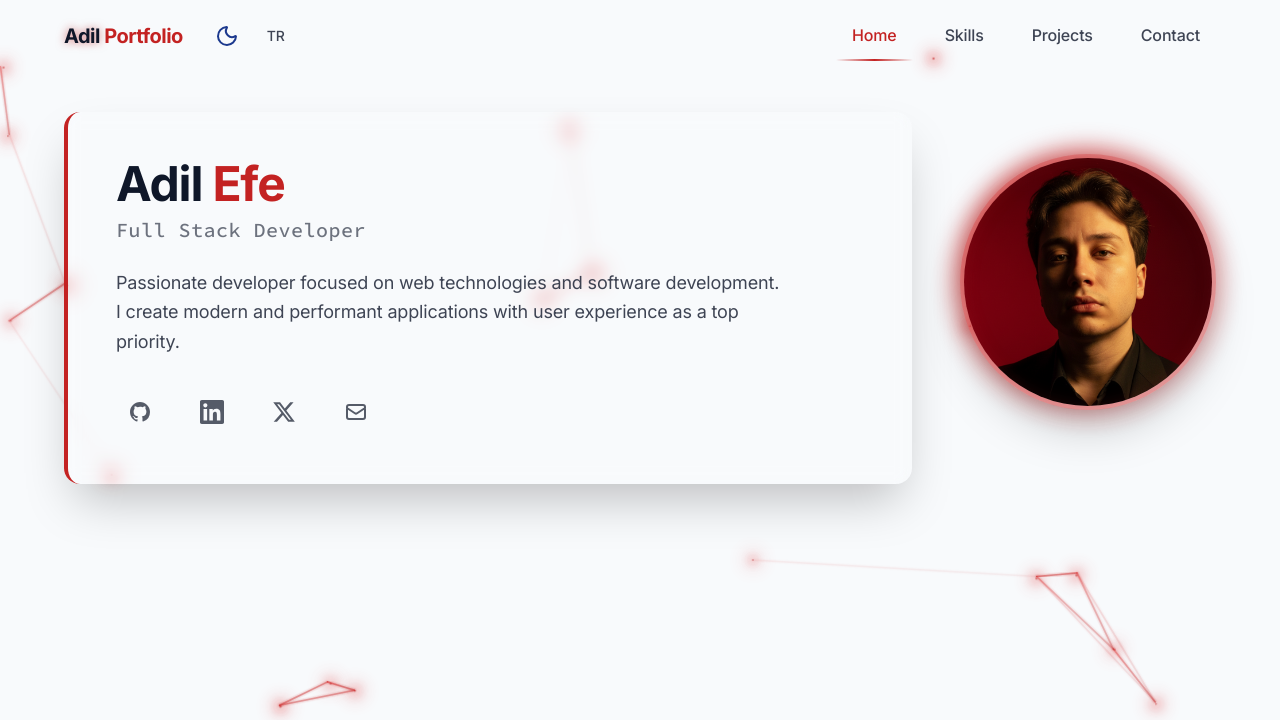
Repository: jusiann/personal-portfolio
Page: / (app in my-portfolio/)
An editor plug-in stored every save of this project. The page is shown before and after the next save, followed by the edit.
The browser window is 1280 px wide. The pictures show the whole page.
The project was rebuilt for these pictures with package versions that can differ from the ones it lists, and the page was loaded fresh each time. Also part of the build but not shown: my-portfolio/vite.config.js, my-portfolio/src/pages/Skills.jsx, my-portfolio/src/pages/Projects.jsx, my-portfolio/src/pages/Contact.jsx, my-portfolio/src/pages/NotFound.jsx.

Above is the page before, as saved 2025-11-20 07:55:46.

### my-portfolio/index.html
<!doctype html>
<html lang="en">
  <head>
    <meta charset="UTF-8" />
    <link rel="icon" type="image/svg+xml" href="/vite.svg" />
    <meta name="viewport" content="width=device-width, initial-scale=1.0" />
    <link rel="preconnect" href="https://fonts.googleapis.com">
    <link rel="preconnect" href="https://fonts.gstatic.com" crossorigin>
    <link href="https://fonts.googleapis.com/css2?family=Inter:wght@300;400;500;600;700;800&family=Source+Code+Pro:wght@400;500;600&display=swap" rel="stylesheet">
    <title>my-portfolio</title>
  </head>
  <body>
    <div id="root"></div>
    <script type="module" src="/src/main.jsx"></script>
  </body>
</html>

### my-portfolio/src/App.jsx
import { BrowserRouter, Routes, Route, Navigate, useLocation } from "react-router-dom"
import { AnimatePresence } from "framer-motion"
import { Home } from "./pages/Home";
import { Skills } from "./pages/Skills";
import { Projects } from "./pages/Projects";
import { Contact } from "./pages/Contact";
import { NotFound } from "./pages/NotFound";

function AnimatedRoutes() {
  const location = useLocation();

  return (
    <AnimatePresence mode="wait">
      <Routes location={location} key={location.pathname}>

        {/* TURKISH ROUTES */}
        <Route path="/" element={<Navigate to="/en" replace />} />
        <Route path="/tr" element={<Home />}/>
        <Route path="/tr/skills" element={<Skills />}/>
        <Route path="/tr/projects" element={<Projects />}/>
        <Route path="/tr/contact" element={<Contact />}/>

        {/* ENGLISH ROUTES */}
        <Route path="/en" element={<Home />}/>
        <Route path="/en/skills" element={<Skills />}/>
        <Route path="/en/projects" element={<Projects />}/>
        <Route path="/en/contact" element={<Contact />}/>
        <Route path="*" element={<NotFound />} />
      </Routes>
    </AnimatePresence>
  );
}

function App() {
  return (
    <BrowserRouter>
      <AnimatedRoutes />
    </BrowserRouter>
  )
}

export default App

### my-portfolio/src/pages/Home.jsx
import {CrimsonWebBackground} from "../components/CrimsonWebBackground";
import {Navbar} from "../components/Navbar";
import {PageTransition} from "../components/PageTransition";
import {HomeCard} from "../components/HomeCard";

export const Home = () => {
    return (
        <PageTransition>
        <div className="
                        min-h-screen
                        bg-background
                        text-foreground
                        overflow-x-hidden">

            {/* BACKGROUND EFFECTS */}
            <CrimsonWebBackground />

            {/* NAVBAR */}
            <Navbar />

            {/* MAIN CONTENT */}
            <HomeCard />
        </div>
        </PageTransition>
    );
};

### my-portfolio/src/components/PageTransition.jsx
import {motion} from 'framer-motion';

export const PageTransition = ({ children }) => {
    return (
        <>
            {children}

            {/* LEFT TRIANGLE */}
            <motion.div
                className="fixed inset-0 bg-background z-100 pointer-events-none"
                style={{
                    clipPath: 'polygon(0% 0%, 100% 0%, 0% 100%)',
                }}
                initial={{ x: '0%' }}
                animate={{ x: '-100%' }}
                transition={{
                    duration: 0.6,
                    ease: [0.65, 0, 0.35, 1],
                    delay: 0.4
                }}
            />

            {/* RIGHT TRIANGLE */}
            <motion.div
                className="fixed inset-0 bg-background z-100 pointer-events-none"
                style={{
                    clipPath: 'polygon(100% 0%, 100% 100%, 0% 100%)',
                }}
                initial={{ x: '0%' }}
                animate={{ x: '100%' }}
                transition={{
                    duration: 0.6,
                    ease: [0.65, 0, 0.35, 1],
                    delay: 0.4
                }}
            />

            {/* RED DIAGONAL LINE */}
            <motion.div
                className="fixed inset-0 pointer-events-none z-101"
                style={{
                    background: 'linear-gradient(to bottom right, transparent calc(50% - 2px), rgb(220, 38, 38) calc(50% - 2px), rgb(220, 38, 38) calc(50% + 2px), transparent calc(50% + 2px))',
                    filter: 'drop-shadow(0 0 8px rgb(220, 38, 38))',
                }}
                initial={{ opacity: 1 }}
                animate={{ opacity: 0 }}
                transition={{
                    duration: 0.3,
                    ease: "easeOut",
                    delay: 0.3
                }}
            />
        </>
    );
};

### my-portfolio/src/components/HomeCard.jsx
import { HomeImage } from "./HomeImage";
import { SocialLinks } from "./SocialLinks";
import { useLanguage } from "../lib/utils";

export const HomeCard = () => {
    const { t } = useLanguage();

    return (
        <div className="relative w-[90%] mx-auto py-8 mt-20 flex items-center gap-12">
            {/* Ana kart yapısı - backdrop blur ve opacity ile saydam etki */}
            <div
                className="
                    relative
                    flex-1
                    bg-card/10
                    backdrop-blur-sm
                    rounded-2xl
                    border-l-4
                    border-primary
                    shadow-2xl
                    p-8
                    md:p-12
                    transition-all
                    duration-500
                    hover:scale-[1.01]
                    animate-fade-in
                "
            >
                {/* İçerik alanı */}
                <div className="relative z-10">
                    {/* Profil Resmi Mobile */}
                    <div className="md:hidden mb-8">
                        <HomeImage
                            src="/src/assets/images/profile_photo.png"
                            alt={`${t('profile_name')} ${t('profile_surname')}`}
                        />
                    </div>

                    {/* İsim ve Soyisim */}
                    <div className="text-center md:text-left mb-6 animate-fade-in-delay-2">
                        <h1 className="
                            text-4xl
                            md:text-5xl
                            font-heading
                            font-bold
                            text-foreground
                            mb-2
                            tracking-tight
                        ">
                            {t('profile_name')}{' '}
                            <span className="text-primary">
                                {t('profile_surname')}
                            </span>
                        </h1>
                        <p className="
                            text-lg
                            md:text-xl
                            text-foreground/60
                            font-code
                        ">
                            {t('hero_subtitle')}
                        </p>
                    </div>

                    {/* Açıklama */}
                    <div className="
                        text-center
                        md:text-left
                        mb-8
                        max-w-2xl
                        animate-fade-in-delay-2
                    ">
                        <p className="
                            text-base
                            md:text-lg
                            text-foreground/80
                            leading-relaxed
                        ">
                            {t('profile_tagline')}
                        </p>
                    </div>

                    {/* Sosyal Medya Linkleri */}
                    <SocialLinks />
                </div>
            </div>

            {/* Profil Resmi - Card Dışında Sağda */}
            <div className="hidden md:block">
                <HomeImage
                    src="/src/assets/images/profile_photo.png"
                    alt={`${t('profile_name')} ${t('profile_surname')}`}
                />
            </div>

            {/* Ambient glow efekti */}
            <div
                className="
                    absolute
                    -inset-4
                    bg-primary/5
                    blur-3xl
                    -z-10
                    opacity-50
                    animate-pulse-subtle
                "
            />
        </div>
    );
};

### my-portfolio/src/components/ThemeToggle.jsx
import {useEffect, useState} from 'react';
import {Sun, Moon} from 'lucide-react';
import {cn} from '../lib/utils';
import {motion, AnimatePresence} from 'framer-motion';

export const ThemeToggle = () => {
    const [isDarkMode, setIsDarkMode] = useState(false);
    const [isTransitioning, setIsTransitioning] = useState(false);

    useEffect(() => {
        const storedTheme = localStorage.getItem("theme");
        if (storedTheme === "dark") {
            document.documentElement.classList.add("dark");
            setIsDarkMode(true);
        } else {
            document.documentElement.classList.remove("dark");
            setIsDarkMode(false);
        }
    }, []);

    const toggleTheme = () => {
        setIsTransitioning(true);

        setTimeout(() => {
            if (isDarkMode) {
                document.documentElement.classList.remove("dark");
                localStorage.setItem("theme", "light");
                setIsDarkMode(false);
            } else {
                document.documentElement.classList.add("dark");
                localStorage.setItem("theme", "dark");
                setIsDarkMode(true);
            }
        }, 350);

        setTimeout(() => {
            setIsTransitioning(false);
        }, 800);
    };

    return (
        <>
            <button
                onClick={toggleTheme}
                className={cn(
                    "p-2 rounded-full transition-all duration-300",
                    "hover:scale-110 active:scale-95",
                    "focus:outline-hidden"
                )}
            >
                {
                    isDarkMode ? (
                        <Sun className='h-6 w-6 text-yellow-300' />
                    ) : (
                        <Moon className='h-6 w-6 text-blue-900' />
                    )
                }

                {/* <div className="relative w-6 h-6">
                    <Sun
                        className={cn(
                            'absolute inset-0 h-6 w-6 text-yellow-300 transition-all duration-500',
                            isDarkMode ? 'rotate-0 scale-100 opacity-100' : 'rotate-90 scale-0 opacity-0'
                        )}
                    />
                    <Moon
                        className={cn(
                            'absolute inset-0 h-6 w-6 text-blue-900 transition-all duration-500',
                            isDarkMode ? '-rotate-90 scale-0 opacity-0' : 'rotate-0 scale-100 opacity-100'
                        )}
                    />
                </div> */}

            </button>

            {/* THEME TRANSITION */}
            <AnimatePresence>
                {isTransitioning && (
                    <>
                        {/* LEFT TRIANGLE */}
                        <motion.div
                            className="fixed inset-0 bg-background z-200 pointer-events-none"
                            style={{
                                clipPath: 'polygon(0% 0%, 100% 0%, 0% 100%)',
                            }}
                            initial={{ x: '0%' }}
                            animate={{ x: '-100%' }}
                            transition={{
                                duration: 0.6,
                                ease: [0.65, 0, 0.35, 1],
                                delay: 0.4
                            }}
                        />

                        {/* RIGHT TRIANGLE */}
                        <motion.div
                            className="fixed inset-0 bg-background z-200 pointer-events-none"
                            style={{
                                clipPath: 'polygon(100% 0%, 100% 100%, 0% 100%)',
                            }}
                            initial={{ x: '0%' }}
                            animate={{ x: '100%' }}
                            transition={{
                                duration: 0.6,
                                ease: [0.65, 0, 0.35, 1],
                                delay: 0.4
                            }}
                        />

                        {/* RED DIAGONAL LINE */}
                        <motion.div
                            className="fixed inset-0 pointer-events-none z-201"
                            style={{
                                background: 'linear-gradient(to bottom right, transparent calc(50% - 2px), rgb(220, 38, 38) calc(50% - 2px), rgb(220, 38, 38) calc(50% + 2px), transparent calc(50% + 2px))',
                                filter: 'drop-shadow(0 0 8px rgb(220, 38, 38))',
                            }}
                            initial={{ opacity: 1 }}
                            animate={{ opacity: 0 }}
                            transition={{
                                duration: 0.3,
                                ease: "easeOut",
                                delay: 0.3
                            }}
                        />
                    </>
                )}
            </AnimatePresence>
        </>
    );
};

### my-portfolio/src/components/LanguageToggle.jsx
import {useNavigate, useLocation } from 'react-router-dom';
import {cn} from '../lib/utils';

export const LanguageToggle = () => {
    const navigate = useNavigate();
    const location = useLocation();
    const currentLang = location.pathname.startsWith('/en') ? 'en' : 'tr';

    const toggleLanguage = () => {
        const newLang = currentLang === 'tr' ? 'en' : 'tr';
        navigate(`/${newLang}${location.hash}`);
    };

    return (
        <button
            onClick={toggleLanguage}
            className={cn(
                "px-3 py-2 transition-all duration-300",
                "hover:scale-110 active:scale-95",
                "focus:outline-none text-foreground/80 hover:text-foreground",
                "text-sm font-medium uppercase"
            )}
        >
            {currentLang === 'tr' ? 'EN' : 'TR'}
        </button>
    );
};

### my-portfolio/src/components/HomeImage.jsx
export const HomeImage = ({ src, alt = "Profile" }) => {
    return (
        <div className="flex justify-center mb-8 animate-fade-in-delay-1">
            {/* Dış halka - glow efekti */}
            <div
                className="
                    relative
                    group
                    animate-pulse-subtle
                "
            >
                {/* Gradient border halka */}
                <div
                    className="
                        absolute
                        -inset-1
                        bg-linear-to-br
                        from-primary
                        via-primary/60
                        to-primary/30
                        rounded-full
                        blur-md
                        group-hover:blur-lg
                        transition-all
                        duration-300
                    "
                />

                {/* Resim container */}
                <div
                    className="
                        relative
                        w-40
                        h-40
                        md:w-64
                        md:h-64
                        rounded-full
                        overflow-hidden
                        border-4
                        border-primary/20
                        shadow-2xl
                        group-hover:scale-105
                        transition-transform
                        duration-300
                    "
                >
                    <img
                        src={src}
                        alt={alt}
                        className="
                            w-full
                            h-full
                            object-cover
                            filter
                            group-hover:brightness-110
                            transition-all
                            duration-300
                        "
                    />
                </div>

                {/* İç glow */}
                <div
                    className="
                        absolute
                        inset-0
                        rounded-full
                        shadow-[inset_0_0_20px_rgba(220,38,38,0.2)]
                        pointer-events-none
                    "
                />
            </div>
        </div>
    );
};

### my-portfolio/src/components/SocialLinks.jsx
export const SocialLinks = () => {
    const socialMedia = [
        {
            name: "GitHub",
            url: "https://github.com/jusiann",
            icon: (
                <svg
                    className="w-6 h-6"
                    fill="currentColor"
                    viewBox="0 0 24 24"
                    aria-hidden="true"
                >
                    <path
                        fillRule="evenodd"
                        d="M12 2C6.477 2 2 6.484 2 12.017c0 4.425 2.865 8.18 6.839 9.504.5.092.682-.217.682-.483 0-.237-.008-.868-.013-1.703-2.782.605-3.369-1.343-3.369-1.343-.454-1.158-1.11-1.466-1.11-1.466-.908-.62.069-.608.069-.608 1.003.07 1.531 1.032 1.531 1.032.892 1.53 2.341 1.088 2.91.832.092-.647.35-1.088.636-1.338-2.22-.253-4.555-1.113-4.555-4.951 0-1.093.39-1.988 1.029-2.688-.103-.253-.446-1.272.098-2.65 0 0 .84-.27 2.75 1.026A9.564 9.564 0 0112 6.844c.85.004 1.705.115 2.504.337 1.909-1.296 2.747-1.027 2.747-1.027.546 1.379.202 2.398.1 2.651.64.7 1.028 1.595 1.028 2.688 0 3.848-2.339 4.695-4.566 4.943.359.309.678.92.678 1.855 0 1.338-.012 2.419-.012 2.747 0 .268.18.58.688.482A10.019 10.019 0 0022 12.017C22 6.484 17.522 2 12 2z"
                        clipRule="evenodd"
                    />
                </svg>
            ),
        },
        {
            name: "LinkedIn",
            url: "https://linkedin.com/in/yourprofile",
            icon: (
                <svg
                    className="w-6 h-6"
                    fill="currentColor"
                    viewBox="0 0 24 24"
                    aria-hidden="true"
                >
                    <path
                        fillRule="evenodd"
                        d="M20.447 20.452h-3.554v-5.569c0-1.328-.027-3.037-1.852-3.037-1.853 0-2.136 1.445-2.136 2.939v5.667H9.351V9h3.414v1.561h.046c.477-.9 1.637-1.85 3.37-1.85 3.601 0 4.267 2.37 4.267 5.455v6.286zM5.337 7.433c-1.144 0-2.063-.926-2.063-2.065 0-1.138.92-2.063 2.063-2.063 1.14 0 2.064.925 2.064 2.063 0 1.139-.925 2.065-2.064 2.065zm1.782 13.019H3.555V9h3.564v11.452zM22.225 0H1.771C.792 0 0 .774 0 1.729v20.542C0 23.227.792 24 1.771 24h20.451C23.2 24 24 23.227 24 22.271V1.729C24 .774 23.2 0 22.222 0h.003z"
                        clipRule="evenodd"
                    />
                </svg>
            ),
        },
        {
            name: "Twitter",
            url: "https://twitter.com/yourhandle",
            icon: (
                <svg
                    className="w-6 h-6"
                    fill="currentColor"
                    viewBox="0 0 24 24"
                    aria-hidden="true"
                >
                    <path d="M18.244 2.25h3.308l-7.227 8.26 8.502 11.24H16.17l-5.214-6.817L4.99 21.75H1.68l7.73-8.835L1.254 2.25H8.08l4.713 6.231zm-1.161 17.52h1.833L7.084 4.126H5.117z" />
                </svg>
            ),
        },
        {
            name: "Email",
            url: "mailto:your.email@example.com",
            icon: (
                <svg
                    className="w-6 h-6"
                    fill="none"
                    stroke="currentColor"
                    viewBox="0 0 24 24"
                    aria-hidden="true"
                >
                    <path
                        strokeLinecap="round"
                        strokeLinejoin="round"
                        strokeWidth={2}
                        d="M3 8l7.89 5.26a2 2 0 002.22 0L21 8M5 19h14a2 2 0 002-2V7a2 2 0 00-2-2H5a2 2 0 00-2 2v10a2 2 0 002 2z"
                    />
                </svg>
            ),
        },
    ];

    return (
        <div className="flex justify-center md:justify-start gap-6 mt-8 animate-fade-in-delay-3">
            {socialMedia.map((social, index) => (
                <a
                    key={social.name}
                    href={social.url}
                    target="_blank"
                    rel="noopener noreferrer"
                    className="
                        p-3
                        text-foreground/70
                        hover:text-primary
                        transition-all
                        duration-300
                        hover:scale-110
                        animate-fade-in-delay-3
                    "
                    style={{ animationDelay: `${0.8 + index * 0.1}s` }}
                    aria-label={social.name}
                >
                    {social.icon}
                </a>
            ))}
        </div>
    );
};

Loaded but not shown: my-portfolio/src/main.jsx (common file); my-portfolio/src/lib/translations.js (80 lines, source omitted); my-portfolio/src/lib/utils.js (19 lines, source omitted); my-portfolio/src/index.css (267 lines, source omitted); my-portfolio/src/components/CrimsonWebBackground.jsx (183 lines, source omitted); my-portfolio/src/components/Navbar.jsx (140 lines, source omitted)

After the next save:
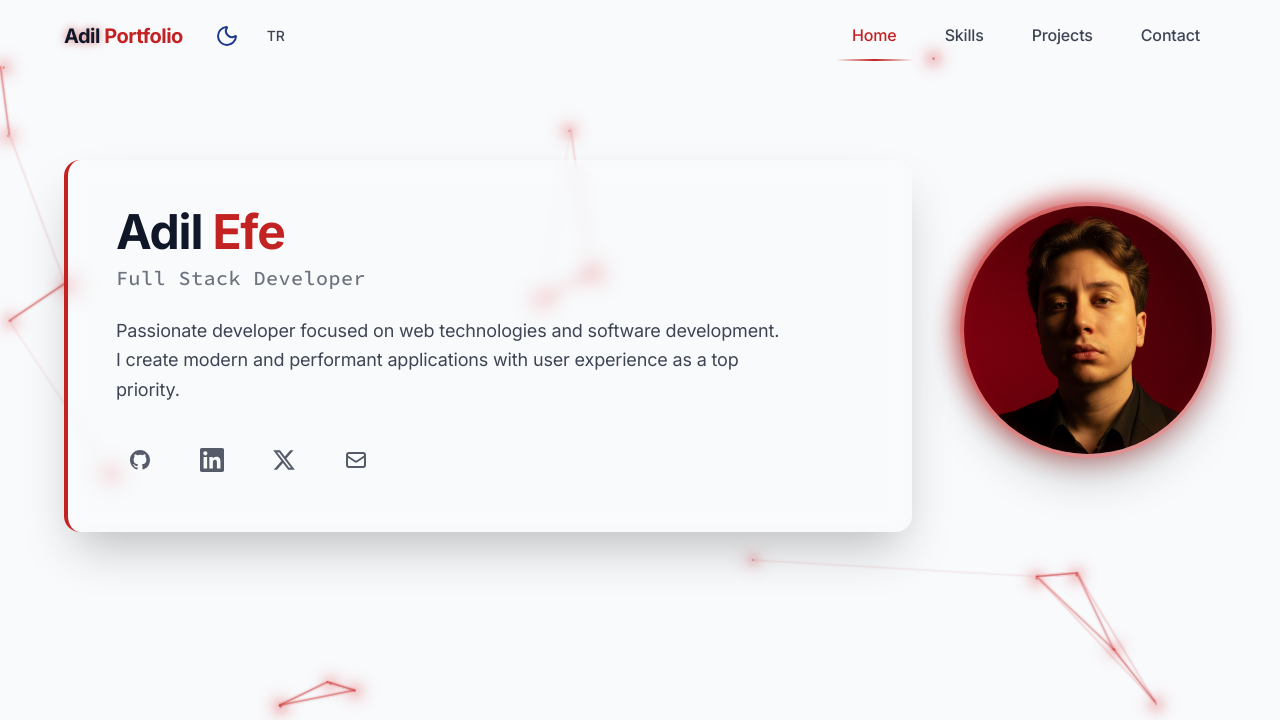
Saved 34 s later.
--- a/my-portfolio/src/components/HomeCard.jsx
+++ b/my-portfolio/src/components/HomeCard.jsx
@@ -6,7 +6,7 @@ export const HomeCard = () => {
     const { t } = useLanguage();
 
     return (
-        <div className="relative w-[90%] mx-auto py-8 mt-20 flex items-center gap-12">
+        <div className="relative w-[90%] mx-auto py-8 mt-32 flex items-center gap-12">
             {/* Ana kart yapısı - backdrop blur ve opacity ile saydam etki */}
             <div
                 className="
